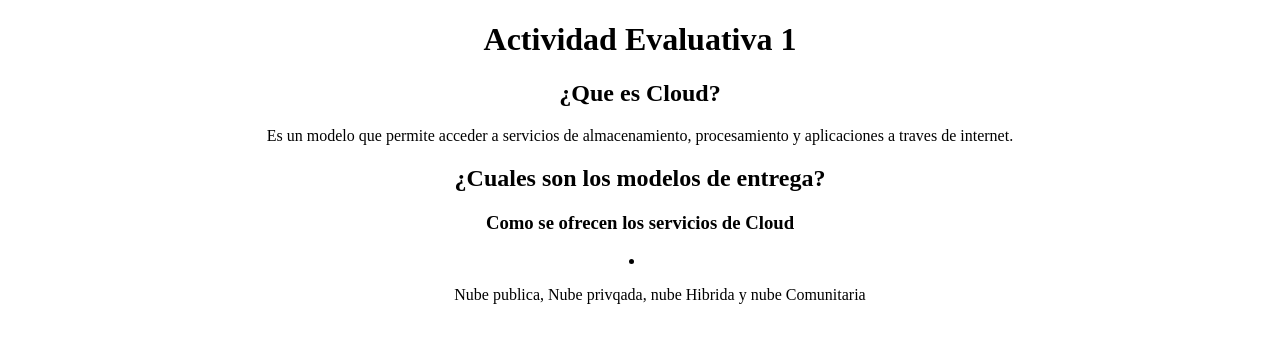
Repository: Laura-Oliveros/Actividad-Evaluativa-1
Page: LauSebas.html
These files come from the project's save history. The page is drawn as it stood at one moment and after the next save; the edit follows.
The browser window is 1280 px wide. The pictures show the whole page.

Above is the page before, as saved 2025-09-04 18:52:38.

After the next save:
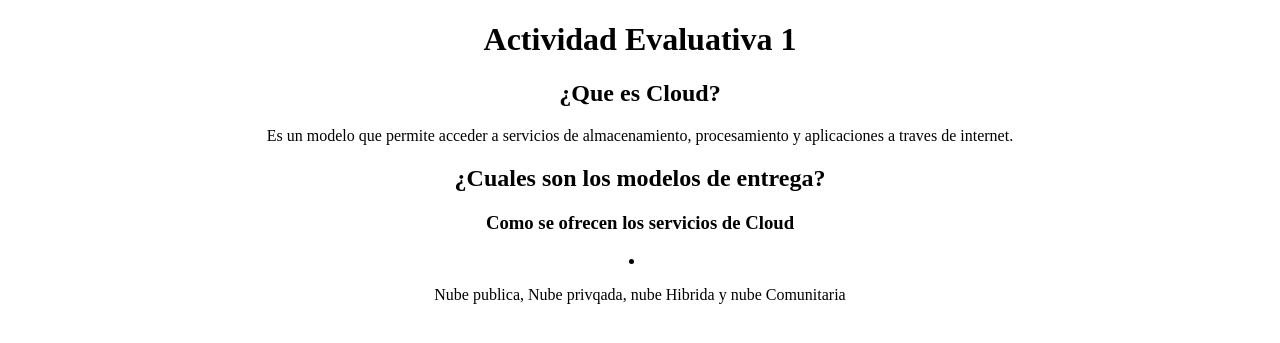
Saved 8 s later.
--- a/LauSebas.html
+++ b/LauSebas.html
@@ -16,7 +16,7 @@
         <h2>¿Cuales son los modelos de entrega?</h2>
         <h3>Como se ofrecen los servicios de Cloud </h3>
         <li>
-            <ul
+            <ul></ul>
         </li>
         <p>Nube publica, Nube privqada, nube Hibrida y nube Comunitaria</p>
 
